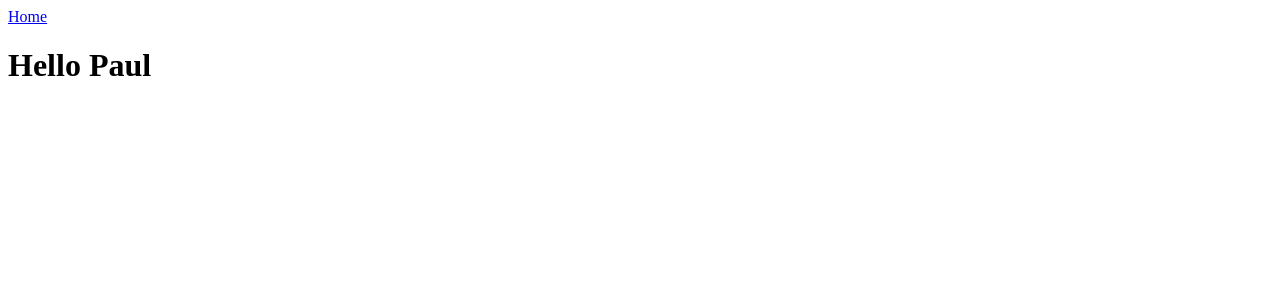
Repository: diyanah08/python-flask-example
Page: http://localhost/
The author's editor kept a record of every edit. The page is drawn from the files as they stood at one moment, then again after the next edit.
The browser window is 1280 px wide. The pictures show the whole page.
The page is served by the project's application, run on Flask 3 (flask-intro/app.py).

Above is the page before.

### flask-intro/templates/index.template.html
<!DOCTYPE html>
<html lang="en">
<head>
    <meta charset="UTF-8">
    <meta name="viewport" content="width=device-width, initial-scale=1.0">
    <meta http-equiv="X-UA-Compatible" content="ie=edge">
    <title>Document</title>
</head>
<body>
    <a href = "/">Home</a>
    <h1>Hello {{first_name}}</h1>
</body>
</html>

### flask-intro/app.py
from flask import Flask, render_template, request, redirect, url_for
import os

app = Flask(__name__)

@app.route('/')
def hello():
    name = "Paul"
    return render_template('index.template.html', first_name = name)

# "magic code" -- boilerplate
if __name__ == '__main__':
    app.run(host=os.environ.get('IP'),
            port=int(os.environ.get('PORT')),
            debug=True)

After the next edit:
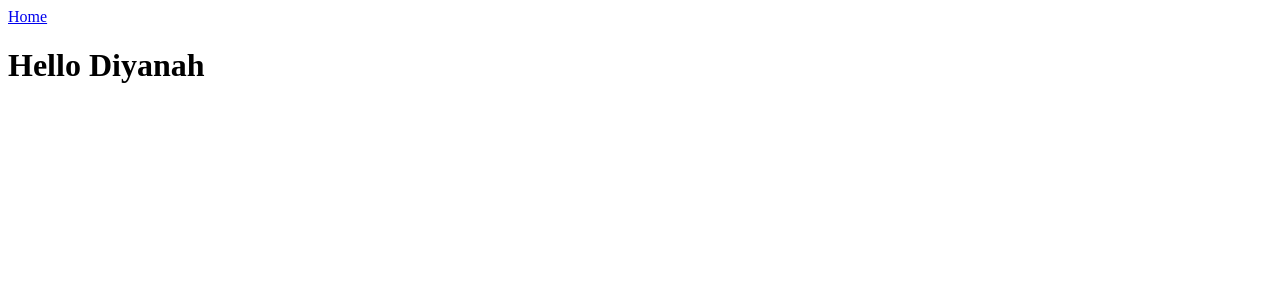
The edit:
--- a/flask-intro/app.py
+++ b/flask-intro/app.py
@@ -3,9 +3,10 @@
 
 app = Flask(__name__)
 
+# routing is the process mapping an URL to a function
 @app.route('/')
 def hello():
-    name = "Paul"
+    name = "Diyanah"
     return render_template('index.template.html', first_name = name)
 
 # "magic code" -- boilerplate
